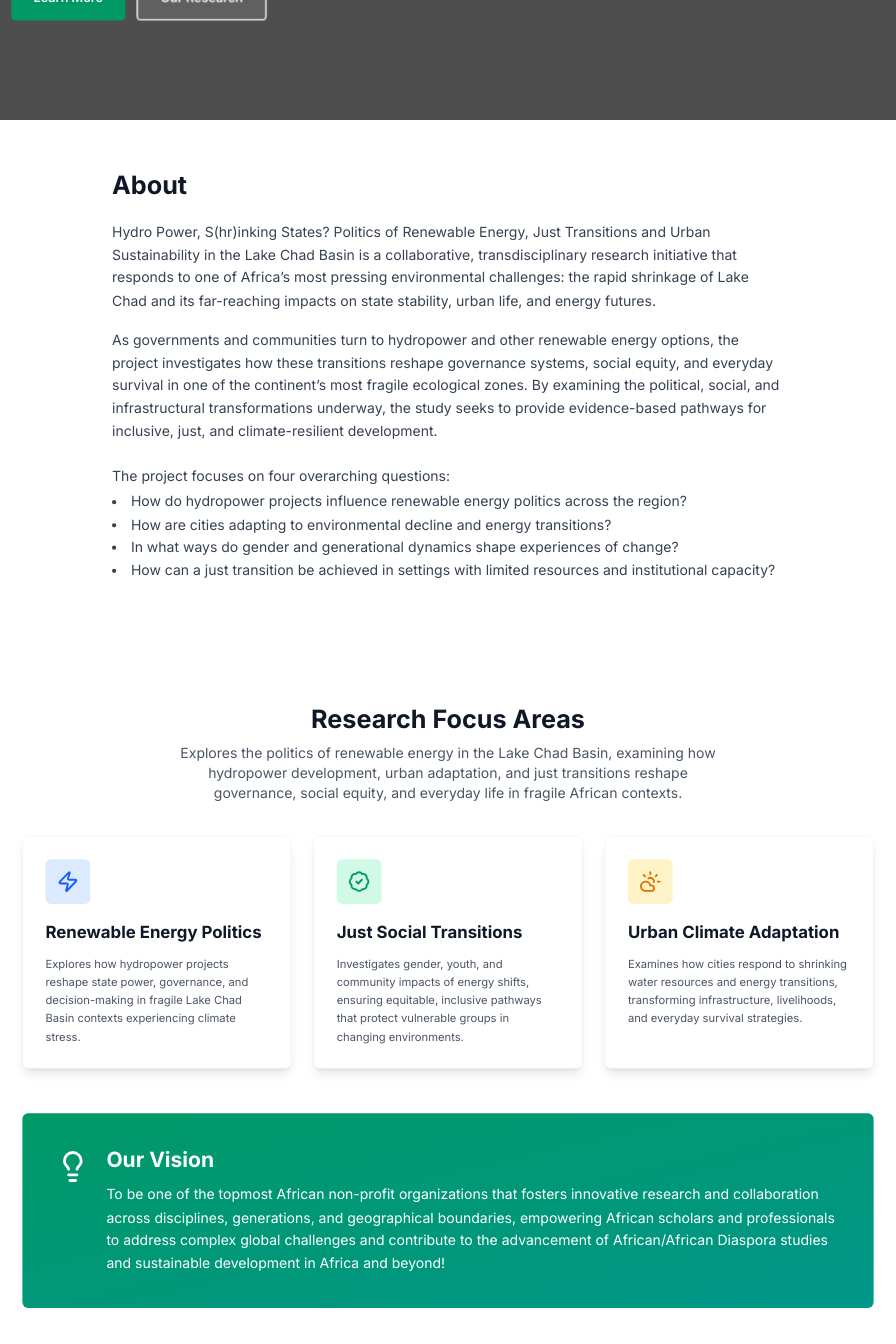
Repository: tiossdav/codesria
Page: /
These files come from the project's save history. The page is drawn as it stood at one moment and after the next save; the edit follows.
The browser window is 1280 px wide. The pictures show the part of the page from y = 628 to 2548 px (the page is 5119 px tall before and 5199 px after), at 70% of full size.
Pictures or frames that could not be fetched are drawn as grey boxes. The project was rebuilt for these pictures with package versions that can differ from the ones it lists, and the page was loaded fresh each time. Also part of the build but not shown: vite.config.ts.

Above is the page before, as saved 2025-11-19 20:50:23.

### index.html
<!DOCTYPE html>
<html lang="en">
  <head>
    <meta charset="UTF-8" />
    <link rel="icon" type="image/svg+xml" href="/logo.jpg" />
    <link href="/src/App.css" rel="stylesheet" />
    <link rel="preconnect" href="https://fonts.googleapis.com" />
    <link rel="preconnect" href="https://fonts.gstatic.com" crossorigin />
    <link
      href="https://fonts.googleapis.com/css2?family=Caveat:wght@400..700&family=Inter:ital,opsz,wght@0,14..32,100..900;1,14..32,100..900&family=Lobster&family=Raleway:ital,wght@0,100..900;1,100..900&display=swap"
      rel="stylesheet"
    />
    <meta name="viewport" content="width=device-width, initial-scale=1.0" />
    <title>justenergyafrica</title>
  </head>
  <body>
    <div id="root"></div>
    <script type="module" src="/src/main.tsx"></script>
  </body>
</html>

### src/App.css
@import "tailwindcss";

@theme {
  --font-inter: "Inter", sans-serif;
  --font-caveat: "Caveat", cursive;
  --font-lobster: "Lobster", cursive;
  --font-raleway: "Raleway", sans-serif;
}

### src/App.tsx
import { Route, Switch } from "wouter";
import Header from "./components/layout/Header";
import Footer from "./components/layout/Footer";
import Home from "./pages/Home";
import About from "./pages/About";
import Research from "./pages/Research";
import Team from "./pages/Team";
import Publications from "./pages/Publications";
import Contact from "./pages/Contact";

export default function App() {
  return (
    <div className="min-h-screen bg-white flex flex-col">
      <Header />

      <div className="flex-1">
        <Switch>
          <Route path="/" component={Home} />
          <Route path="/obj" component={About} />
          <Route path="/research" component={Research} />
          <Route path="/team" component={Team} />
          <Route path="/publications" component={Publications} />
          <Route path="/contact" component={Contact} />

          {/* 404 Route */}
          <Route>
            <div className="min-h-screen flex items-center justify-center">
              <div className="text-center">
                <h1 className="text-4xl font-bold text-gray-900 mb-4">404</h1>
                <p className="text-gray-600">Page not found</p>
              </div>
            </div>
          </Route>
        </Switch>
      </div>

      <Footer />
    </div>
  );
}

### src/components/layout/Header.tsx
import { useState } from "react";
import { Link, useLocation } from "wouter";
import { Menu, X } from "lucide-react";

type NavLink = {
  title: string;
  href: string;
};

const navlinks: NavLink[] = [
  { title: "Home", href: "/" },
  { title: "Aim & Objectives", href: "/obj" },
  { title: "Research", href: "/research" },
  { title: "Team", href: "/team" },
  { title: "Publications", href: "/publications" },
  { title: "Contact", href: "/contact" },
];

export default function Header() {
  const [location] = useLocation();
  const [open, setOpen] = useState(false);

  return (
    <nav className="bg-white shadow-sm fixed w-full top-0 z-50 border-b border-gray-200">
      <div className="max-w-7xl mx-auto px-4 sm:px-6 lg:px-4">
        <div className="flex justify-between items-center h-20">
          {/* Logo */}
          <Link href="/">
            <span className="font-caveat text-3xl text-gray-900 font-bold cursor-pointer">
              JustEnergyAfrica
            </span>
          </Link>

          {/* Desktop Menu */}
          <div className="hidden md:flex items-center font-inter space-x-8">
            {navlinks.map((nav, index) => (
              <Link
                key={index}
                href={nav.href}
                className={`text-[16px] font-medium transition-colors ${
                  location === nav.href
                    ? "text-slate-900"
                    : "text-slate-600 hover:text-slate-900"
                }`}
              >
                {nav.title}
              </Link>
            ))}
          </div>

          {/* Mobile Menu Button */}
          <button
            className="md:hidden p-2 rounded-md focus:outline-none"
            onClick={() => setOpen(!open)}
          >
            {open ? <X className="w-6 h-6" /> : <Menu className="w-6 h-6" />}
          </button>
        </div>
      </div>

      {/* Mobile Dropdown */}
      {open && (
        <div className="md:hidden bg-white border-t border-gray-200 shadow-sm font-inter">
          <ul className="flex flex-col p-4 space-y-4">
            {navlinks.map((nav, index) => (
              <Link
                key={index}
                href={nav.href}
                onClick={() => setOpen(false)}
                className={`text-[16px] font-medium ${
                  location === nav.href
                    ? "text-slate-900"
                    : "text-slate-600 hover:text-slate-900"
                }`}
              >
                {nav.title}
              </Link>
            ))}
          </ul>
        </div>
      )}
    </nav>
  );
}

### src/components/layout/Footer.tsx
function Footer() {
  return (
    <footer className="bg-gray-900 text-white py-12 mt-20">
      <div className="max-w-7xl mx-auto px-4 sm:px-6 lg:px-8">
        <div className="text-center mb-6">
          <p className="text-gray-300 mb-2">Funded by the British Academy</p>
          <p className="text-gray-400 text-sm">
            Part of the GCRF 'Urban Infrastructures of Well-Being' research
            programme
          </p>
        </div>
        <div className="text-center pt-6 border-t border-gray-700">
          <p className="text-gray-400">
            © 2024 Pneuma-City Research Project. All rights reserved.
          </p>
        </div>
      </div>
    </footer>
  );
}

export default Footer;

### src/pages/Home.tsx
import { useLocation } from "wouter";
import power from "../assets/power.jpg";
import About from "./About";
import Research from "./Research";
import Publications from "./Publications";
import Team from "./Team";
import Contact from "./Contact";

export default function Home() {
  const [, setLocation] = useLocation();

  return (
    <>
      {/* Hero Section */}
      <div className="relative h-screen mt-20 font-inter">
        <div className="absolute inset-0">
          <img
            src={power}
            alt="Urban African street"
            className="w-full h-full object-cover"
          />
          <div className="absolute inset-0 bg-black opacity-50"></div>
        </div>

        <div className="relative h-full flex items-center px-4">
          <div className="max-w-7xl mx-auto w-full">
            <div className="max-w-3xl">
              <h1 className="text-4xl md:text-5xl font-bold text-white mb-6 leading-tight">
                Hydro-Power S(hr)inking State: Renewable energy in Lake Chad
              </h1>
              <p className="text-xl md:text-2xl text-gray-100 mb-8 leading-relaxed">
                This research explores Lake Chad’s environmental crisis,
                analyzing hydropower, urban adaptation, gender equity, and just
                transition through comparative, mixed-method studies across Chad
                and Nigeria to inform inclusive, sustainable governance and
                development.
              </p>
              <div className="flex flex-col sm:flex-row gap-4">
                <button
                  onClick={() => setLocation("/obj")}
                  className="bg-emerald-600 hover:bg-emerald-700 text-white px-8 py-4 rounded-md font-semibold text-lg transition-colors"
                >
                  Learn More
                </button>
                <button
                  onClick={() => setLocation("/research")}
                  className="bg-white/10 backdrop-blur-sm hover:bg-white/20 border-2 border-white text-white px-8 py-4 rounded-md font-semibold text-lg transition-all"
                >
                  Our Research
                </button>
              </div>
            </div>
          </div>
        </div>
      </div>

      {/* All Sections Below Hero */}
      <About />
      <Research />
      <Publications />
      <Team />
      <Contact />
    </>
  );
}

### src/pages/About.tsx
function About() {
  return (
    <div className="max-w-5xl mx-auto mt-8 px-4 sm:px-6 lg:px-8 py-10 font-inter">
      <h2 className="text-4xl font-bold text-gray-900 mb-8">About</h2>
      <div className="prose prose-lg max-w-none">
        <p className="text-xl text-gray-700 leading-relaxed mb-6">
          Hydro Power, S(hr)inking States? Politics of Renewable Energy, Just
          Transitions and Urban Sustainability in the Lake Chad Basin is a
          collaborative, transdisciplinary research initiative that responds to
          one of Africa’s most pressing environmental challenges: the rapid
          shrinkage of Lake Chad and its far-reaching impacts on state
          stability, urban life, and energy futures.
        </p>
        <p className="text-xl text-gray-700 leading-relaxed mb-8">
          As governments and communities turn to hydropower and other renewable
          energy options, the project investigates how these transitions reshape
          governance systems, social equity, and everyday survival in one of the
          continent’s most fragile ecological zones. By examining the political,
          social, and infrastructural transformations underway, the study seeks
          to provide evidence-based pathways for inclusive, just, and
          climate-resilient development.
        </p>
        <p className="text-xl text-gray-700 leading-relaxed mb-1">
          The project focuses on four overarching questions:
        </p>
        <ul className="list-disc list-inside mb-6 text-xl text-gray-700 leading-relaxed ">
          <li>
            How do hydropower projects influence renewable energy politics
            across the region?
          </li>
          <li>
            How are cities adapting to environmental decline and energy
            transitions?
          </li>
          <li>
            In what ways do gender and generational dynamics shape experiences
            of change?
          </li>
          <li>
            How can a just transition be achieved in settings with limited
            resources and institutional capacity?
          </li>
        </ul>

        {/* <div className="bg-emerald-50 border-l-4 border-emerald-600 p-6 my-8">
          <p className="text-gray-800 italic">
            This project is funded by the British Academy and is part of the
            wider GCRF 'Urban Infrastructures of Well-Being' research programme.
          </p>
        </div> */}
      </div>
    </div>
  );
}

export default About;

### src/pages/Research.tsx
import { BadgeCheck, CloudSun, Lightbulb, Zap } from "lucide-react";

function Research() {
  return (
    <div className="max-w-7xl mx-auto mt-8 px-4 sm:px-6 lg:px-8 py-20 font-inter">
      <h2 className="text-4xl font-bold text-gray-900 mb-4 text-center">
        Research Focus Areas
      </h2>
      <p className="text-xl text-gray-600 mb-12 text-center max-w-3xl mx-auto">
        Explores the politics of renewable energy in the Lake Chad Basin,
        examining how hydropower development, urban adaptation, and just
        transitions reshape governance, social equity, and everyday life in
        fragile African contexts.
      </p>

      <div className="grid md:grid-cols-3 gap-8 mb-16">
        <div className="bg-white p-8 rounded-lg shadow-lg border border-gray-100 hover:shadow-xl transition-shadow">
          <div className="bg-blue-100 w-16 h-16 rounded-lg flex items-center justify-center mb-6">
            <Zap className="h-8 w-8 text-blue-600" />
          </div>
          <h3 className="text-2xl font-bold text-gray-900 mb-4">
            Renewable Energy Politics
          </h3>
          <p className="text-gray-600 leading-relaxed">
            Explores how hydropower projects reshape state power, governance,
            and decision-making in fragile Lake Chad Basin contexts experiencing
            climate stress.
          </p>
        </div>

        <div className="bg-white p-8 rounded-lg shadow-lg border border-gray-100 hover:shadow-xl transition-shadow">
          <div className="bg-emerald-100 w-16 h-16 rounded-lg flex items-center justify-center mb-6">
            <BadgeCheck className="h-8 w-8 text-emerald-600" />
          </div>
          <h3 className="text-2xl font-bold text-gray-900 mb-4">
            Just Social Transitions
          </h3>
          <p className="text-gray-600 leading-relaxed">
            Investigates gender, youth, and community impacts of energy shifts,
            ensuring equitable, inclusive pathways that protect vulnerable
            groups in changing environments.
          </p>
        </div>

        <div className="bg-white p-8 rounded-lg shadow-lg border border-gray-100 hover:shadow-xl transition-shadow">
          <div className="bg-amber-100 w-16 h-16 rounded-lg flex items-center justify-center mb-6">
            <CloudSun className="h-8 w-8 text-amber-600" />
          </div>
          <h3 className="text-2xl font-bold text-gray-900 mb-4">
            Urban Climate Adaptation
          </h3>
          <p className="text-gray-600 leading-relaxed">
            Examines how cities respond to shrinking water resources and energy
            transitions, transforming infrastructure, livelihoods, and everyday
            survival strategies.
          </p>
        </div>
      </div>

      <div className="bg-linear-to-br from-emerald-600 to-teal-600 rounded-lg p-12 text-white">
        <div className="flex items-start">
          <Lightbulb className="h-12 w-12 mr-6 shrink-0 mt-1" />
          <div>
            <h3 className="text-3xl font-bold mb-4">Our Vision</h3>
            <p className="text-xl leading-relaxed">
              To be one of the topmost African non-profit organizations that
              fosters innovative research and collaboration across disciplines,
              generations, and geographical boundaries, empowering African
              scholars and professionals to address complex global challenges
              and contribute to the advancement of African/African Diaspora
              studies and sustainable development in Africa and beyond!
            </p>
          </div>
        </div>
      </div>
    </div>
  );
}

export default Research;

### src/pages/Team.tsx
const teamMembers = [
  {
    name: "Dr. Sarah Chen",
    role: "Principal Investigator",
    image:
      "https://images.unsplash.com/photo-1573496359142-b8d87734a5a2?w=400&h=400&fit=crop",
    bio: "Expert in sustainable urban development and environmental engineering",
  },
  {
    name: "Dr. Marcus Johnson",
    role: "Co-Investigator",
    image:
      "https://images.unsplash.com/photo-1560250097-0b93528c311a?w=400&h=400&fit=crop",
    bio: "Specializes in social sciences and informal economies research",
  },
  {
    name: "Dr. Aisha Patel",
    role: "Research Fellow",
    image:
      "https://images.unsplash.com/photo-1580489944761-15a19d654956?w=400&h=400&fit=crop",
    bio: "Focus on gender studies and urban livelihoods",
  },
  {
    name: "Alex Rivera",
    role: "Research Assistant",
    image:
      "https://images.unsplash.com/photo-1519345182560-3f2917c472ef?w=400&h=400&fit=crop",
    bio: "Researching circular economy models and waste management systems",
  },
];

function Team() {
  return (
    <div className="max-w-7xl mx-auto mt-8 px-4 sm:px-6 lg:px-8 py-10 font-inter">
      <h2 className="text-4xl font-bold text-gray-900 mb-4 text-center">
        Meet Our Team
      </h2>
      {/* <p className="text-xl text-gray-600 mb-12 text-center max-w-3xl mx-auto">
        Our interdisciplinary team combines expertise from engineering, social
        sciences, gender studies, and environmental sustainability
      </p> */}
      <div className="grid md:grid-cols-2 lg:grid-cols-4 gap-8">
        {teamMembers.map((member, index) => (
          <div
            key={index}
            className="bg-white rounded-lg shadow-lg overflow-hidden border border-gray-100 hover:shadow-xl transition-shadow"
          >
            <img
              src={member.image}
              alt={member.name}
              className="w-full h-64 object-cover"
            />
            <div className="p-6">
              <h3 className="text-xl font-bold text-gray-900 mb-1">
                {member.name}
              </h3>
              <p className="text-emerald-600 font-semibold mb-3">
                {member.role}
              </p>
              <p className="text-gray-600 text-sm leading-relaxed">
                {member.bio}
              </p>
            </div>
          </div>
        ))}
      </div>
    </div>
  );
}

export default Team;

### src/pages/Publications.tsx
import { ExternalLink } from "lucide-react";

const publications = [
  {
    title: "End-of-Life Tyres in African Urban Contexts",
    authors: "Chen, S., Johnson, M., Patel, A.",
    journal: "Environmental Science & Policy",
    year: "2024",
    link: "#",
  },
  {
    title: "Gendered Informal Economies: Tyre Repair Work in Lagos",
    authors: "Patel, A., Johnson, M., Chen, S.",
    journal: "Urban Studies",
    year: "2024",
    link: "#",
  },
  {
    title: "Circular Economy Solutions for Urban Waste",
    authors: "Chen, S., Rivera, A.",
    journal: "Sustainability Journal",
    year: "2023",
    link: "#",
  },
];

function Publications() {
  return (
    <div className="max-w-5xl mx-auto mt-8 px-4 sm:px-6 lg:px-8 py-10 font-inter">
      <h2 className="text-4xl font-bold text-gray-900 mb-12 text-center">
        Publications & Research Outputs
      </h2>
      <div className="space-y-6">
        {publications.map((pub, index) => (
          <div
            key={index}
            className="bg-white p-8 rounded-lg shadow-lg border border-gray-100 hover:shadow-xl transition-shadow"
          >
            <h3 className="text-2xl font-bold text-gray-900 mb-3">
              {pub.title}
            </h3>
            <p className="text-gray-600 mb-2">{pub.authors}</p>
            <p className="text-emerald-600 font-semibold mb-4">
              {pub.journal} ({pub.year})
            </p>
            <a
              href={pub.link}
              className="inline-flex items-center text-emerald-600 hover:text-emerald-700 font-medium"
            >
              Read Full Paper <ExternalLink className="ml-2 h-4 w-4" />
            </a>
          </div>
        ))}
      </div>
    </div>
  );
}

export default Publications;

### src/pages/Contact.tsx
import { Mail, Target } from "lucide-react";

function Contact() {
  return (
    <div className="max-w-3xl mx-auto mt-8 px-4 sm:px-6 lg:px-8 py-10 font-inter">
      <h2 className="text-4xl font-bold text-gray-900 mb-4 text-center">
        Get Involved
      </h2>
      <p className="text-xl text-gray-600 mb-12 text-center">
        Interested in collaborating or learning more about our work? We welcome
        inquiries from researchers, practitioners, and community organizations.
      </p>
      <div className="bg-white p-10 rounded-lg shadow-lg border border-gray-100">
        <div className="space-y-8">
          <div className="flex items-start">
            <Mail className="h-6 w-6 text-emerald-600 mt-1 mr-4 shrink-0" />
            <div>
              <h3 className="font-bold text-gray-900 mb-2 text-lg">Email Us</h3>
              <p className="text-gray-600">graduateresearchclinic@gmail.com</p>
            </div>
          </div>

          <div className="flex items-start">
            <Target className="h-6 w-6 text-emerald-600 mt-1 mr-4 shrink-0" />
            <div>
              <h3 className="font-bold text-gray-900 mb-2 text-lg">
                Research Location
              </h3>
              <p className="text-gray-600">Ibadan, Nigeria.</p>
            </div>
          </div>

          <div className="pt-6 border-t border-gray-200">
            <h3 className="font-bold text-gray-900 mb-4 text-lg">
              Collaboration Opportunities
            </h3>
            <p className="text-gray-600 mb-6 leading-relaxed">
              We're open to partnerships with academic institutions, NGOs,
              government agencies, and community organizations working on
              sustainable urban development and circular economy initiatives.
            </p>
            <button className="w-full bg-emerald-600 hover:bg-emerald-700 text-white px-6 py-4 rounded-md font-semibold transition-colors">
              Send Inquiry
            </button>
          </div>
        </div>
      </div>
    </div>
  );
}

export default Contact;

Loaded but not shown: src/main.tsx (common file)

After the next save:
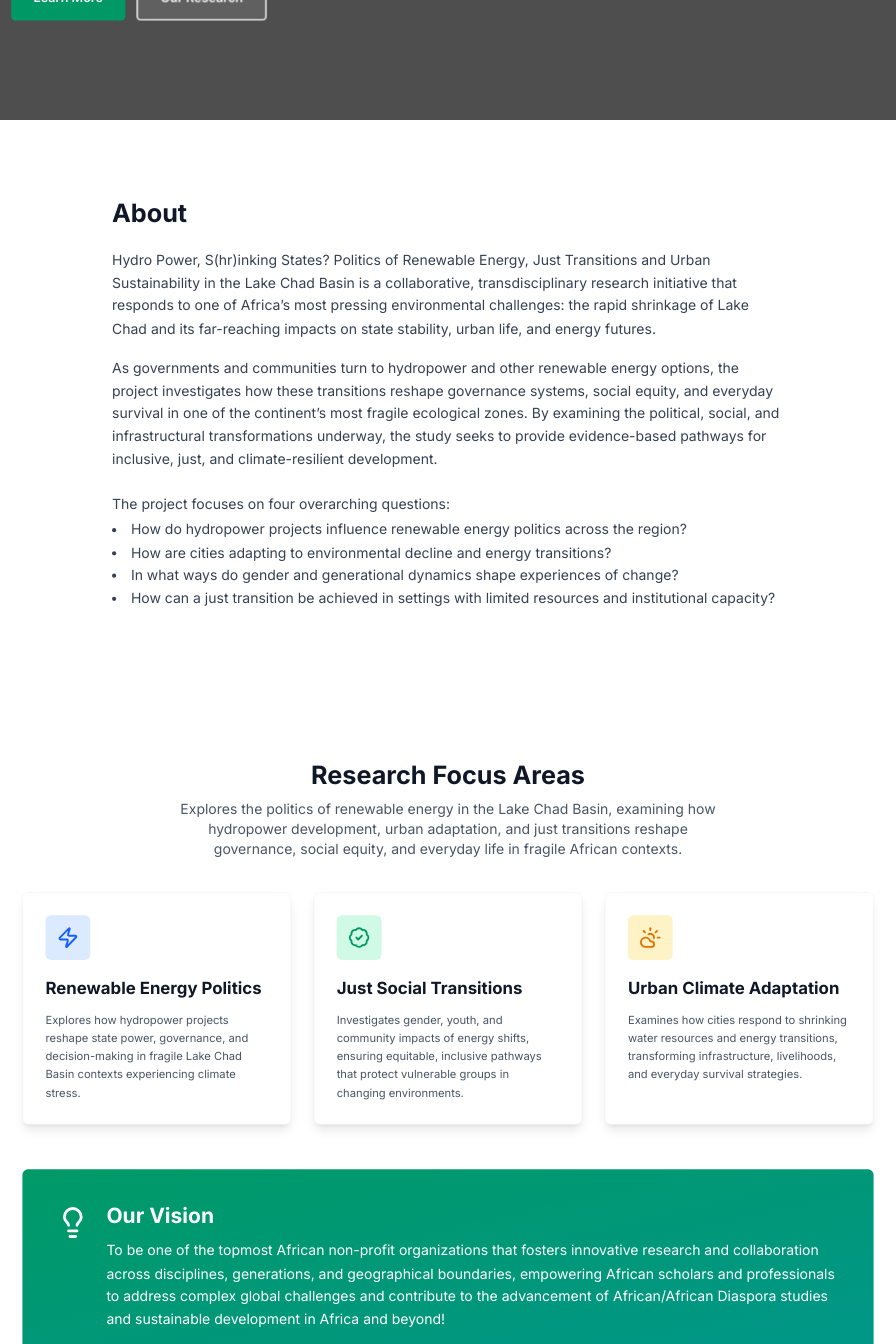
Saved 2 h 3 min later.
--- a/src/pages/About.tsx
+++ b/src/pages/About.tsx
@@ -1,6 +1,6 @@
 function About() {
   return (
-    <div className="max-w-5xl mx-auto mt-8 px-4 sm:px-6 lg:px-8 py-10 font-inter">
+    <div className="max-w-5xl mx-auto mt-8 px-4 sm:px-6 lg:px-8 py-20 font-inter">
       <h2 className="text-4xl font-bold text-gray-900 mb-8">About</h2>
       <div className="prose prose-lg max-w-none">
         <p className="text-xl text-gray-700 leading-relaxed mb-6">
